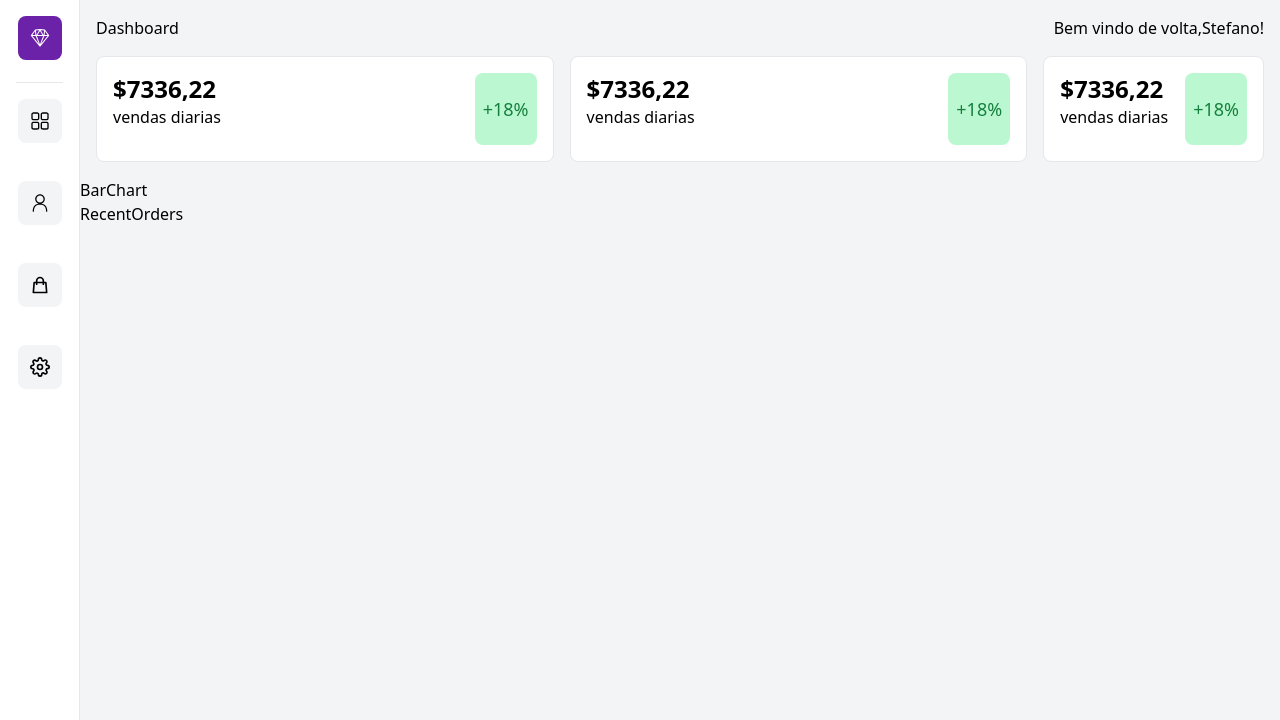
Repository: stefanosousaa/dashboard-next13
Page: /
The author's editor kept a copy of each file at every save. The page is drawn from the files as they stood at one save, then again after the next save.
The browser window is 1280 px wide. The pictures show the whole page.
The project was rebuilt for these pictures with package versions that can differ from the ones it lists, and the page was loaded fresh each time. The framework's server and built-in components were replaced by stand-ins that run in the browser. Also part of the build but not shown: next.config.js.

Above is the page before, as saved 2023-05-13 15:51:12.

After the next save:
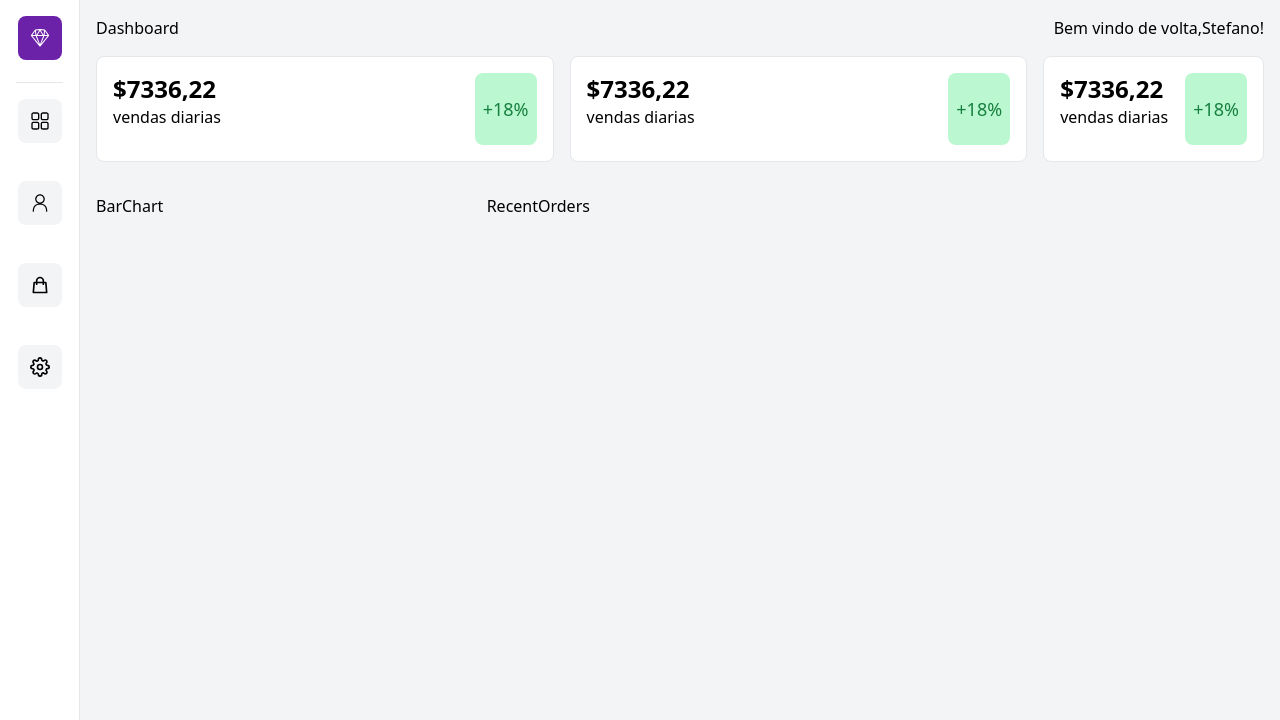
Saved 2 min 8 s later.
--- a/pages/index.js
+++ b/pages/index.js
@@ -18,7 +18,7 @@ export default function Home() {
       <main className='bg-gray-100 min-h-screen'>
         <Header/>
         <TopCards/>
-        <div>
+        <div className=' p-4 grid md:grid-cols-3 grid-col-1 gap-1'>
         <BarChart/>
         <RecentOrders/>
         </div>
